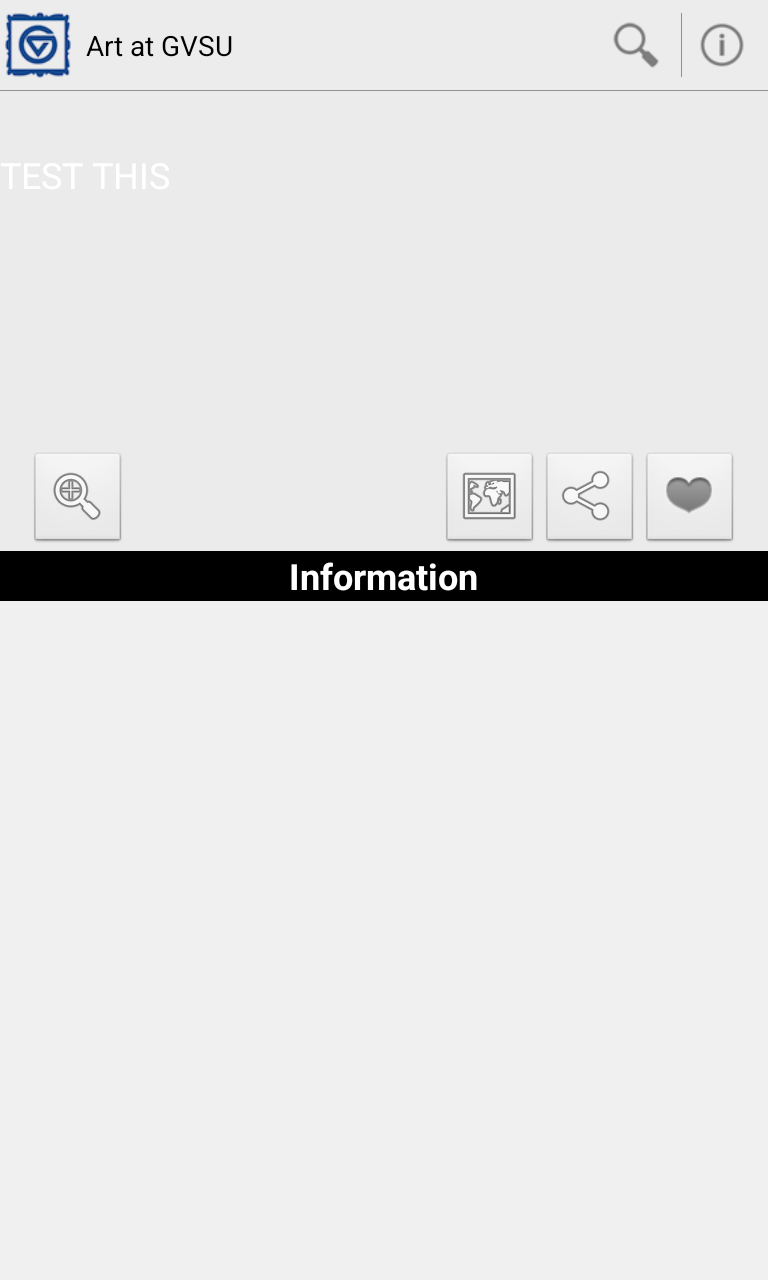
Repository: markminuth/Art-at-GVSU-Android-edition
Layout: version1.0/res/layout/artdetails.xml
The author's editor kept a copy of each file at every save. The layout is drawn from the files as they stood at one save, then again after the next save.
It is drawn on a 768 x 1280 px phone screen (xhdpi) without system bars, with theme android:Theme.NoTitleBar; the app's code is not run. Lists and similar views that code fills are empty.

Above is the layout before, as saved 2012-04-19 21:51:48.

### version1.0/res/layout/artdetails.xml
<?xml version="1.0" encoding="utf-8"?>
<LinearLayout xmlns:android="http://schemas.android.com/apk/res/android"
    android:layout_width="fill_parent"
    android:layout_height="fill_parent"
    android:background="#F0F0F0"
    android:orientation="vertical" >


    <RelativeLayout
        android:id="@+id/relativeLayout1"
        android:layout_width="match_parent"
        android:layout_height="45dp"
        android:background="#ECECEC" >

        <ImageButton
            android:id="@+id/aboutIcon"
            android:layout_width="wrap_content"
            android:layout_height="wrap_content"
            android:layout_alignParentRight="true"
            android:layout_centerVertical="true"
            android:layout_marginRight="7dp"
            android:background="#ECECEC"
            android:src="@drawable/about_icon" />

        <ImageButton
            android:id="@+id/searchIcon"
            android:layout_width="wrap_content"
            android:layout_height="wrap_content"
            android:layout_alignParentRight="true"
            android:layout_centerVertical="true"
            android:layout_marginRight="50dp"
            android:background="#ECECEC"
            android:src="@drawable/search" />

        <ImageView
            android:id="@+id/imageView2"
            android:layout_width="wrap_content"
            android:layout_height="wrap_content"
            android:layout_centerVertical="true"
            android:src="@drawable/app_icon_transparent" />

        <ImageView
            android:id="@+id/dividerimg"
            android:layout_width="wrap_content"
            android:layout_height="32dp"
            android:layout_alignParentRight="true"
            android:layout_centerVertical="true"
            android:layout_marginRight="43dp"
            android:src="@drawable/divider" />

        <TextView
            android:id="@+id/textView1"
            android:layout_width="wrap_content"
            android:layout_height="wrap_content"
            android:layout_centerVertical="true"
            android:layout_marginLeft="5dp"
            android:layout_toRightOf="@+id/imageView2"
            android:text="@string/titleText"
            android:textAppearance="?android:attr/textAppearanceMedium"
            android:textColor="#000000"
            android:textSize="14dp" />
    </RelativeLayout>

    <FrameLayout
        android:id="@+id/divider"
        android:layout_width="match_parent"
        android:layout_height="0.2dp"
        android:background="#909090" >
    </FrameLayout>


    <RelativeLayout
        android:id="@+id/relativeLayout1"
        android:layout_width="match_parent"
        android:layout_height="230dp" >

        <ImageView
            android:id="@+id/art_image"
            android:layout_width="fill_parent"
            android:layout_height="fill_parent"
            android:layout_x="0dp"
            android:layout_y="0dp"
            android:adjustViewBounds="true"
            android:gravity="center_vertical"
            android:scaleType="centerCrop"
            android:src="@drawable/image_area" />

        <TextView
            android:id="@+id/artPieceTitleBack"
            android:layout_width="wrap_content"
            android:layout_height="wrap_content"
            android:layout_alignParentLeft="true"
            android:layout_alignParentTop="true"
            android:layout_marginLeft="1dp"
            android:layout_marginTop="1dp"
            android:text=""
            android:textAppearance="?android:attr/textAppearanceLarge"
            android:textColor="#000000" />

        <TextView
            android:id="@+id/artPieceTitle"
            android:layout_width="wrap_content"
            android:layout_height="wrap_content"
            android:layout_alignParentLeft="true"
            android:layout_alignParentTop="true"
            android:text=""
            android:textAppearance="?android:attr/textAppearanceLarge"
            android:textColor="#ffffff" />



        <TextView
            android:id="@+id/artistNameBack"
            android:layout_width="wrap_content"
            android:layout_height="wrap_content"
            android:layout_alignParentLeft="true"
            android:layout_below="@+id/artPieceTitle"
            android:text="TEST THIS"
            android:textAppearance="?android:attr/textAppearanceMedium"
            android:textColor="#ffffff"
            android:shadowRadius="10dp"
            android:shadowColor="#000000"/>

        <ImageButton
            android:id="@+id/favorite"
            android:layout_width="50dp"
            android:layout_height="50dp"
            android:layout_alignParentBottom="true"
            android:layout_alignParentRight="true"
            android:layout_marginRight="14dp"
            android:src="@drawable/love" />

        <ImageButton
            android:id="@+id/shareButton"
            android:layout_width="50dp"
            android:layout_height="50dp"
            android:layout_alignParentBottom="true"
            android:layout_toLeftOf="@+id/favorite"
            android:src="@android:drawable/ic_menu_share" />

        <ImageButton
            android:id="@+id/zoomButton"
            android:layout_width="50dp"
            android:layout_height="50dp"
            android:layout_alignParentBottom="true"
            android:layout_alignParentLeft="true"
            android:layout_marginLeft="14dp"
            android:src="@android:drawable/ic_menu_zoom" />

        <ImageButton
            android:id="@+id/mapViewButton"
            android:layout_width="50dp"
            android:layout_height="50dp"
            android:layout_alignParentBottom="true"
            android:layout_toLeftOf="@+id/shareButton"
            android:src="@android:drawable/ic_menu_mapmode" />

    </RelativeLayout>

    <RelativeLayout
        android:layout_width="fill_parent"
        android:layout_height="25dp"
        android:layout_gravity="center_horizontal"
        android:background="#000000"
        android:gravity="center_vertical" >

        <TextView
            android:id="@+id/infoHeader"
            android:layout_width="wrap_content"
            android:layout_height="wrap_content"
            android:layout_centerHorizontal="true"
            android:layout_centerVertical="true"
            android:background="#000000"
            android:text="Information"
            android:textStyle="bold"
            android:textSize="18dp"
            android:textColor="#FFFFFF" />
    </RelativeLayout>

    <ListView
        android:id="@+id/artDetailList"
        android:layout_width="match_parent"
        android:layout_height="match_parent"
        android:background="#F0F0F0" >
    </ListView>

</LinearLayout>

### version1.0/res/values/strings.xml
<?xml version="1.0" encoding="utf-8"?>
<resources>

    <string name="hello">Hello World, MenuLayoutActivity!</string>
    <string name="app_name">Art at GVSU</string>
    <string name="titleText">Art at GVSU</string>
    <string name="aboutDetails">\"Art at GVSU\" is a collaborative project between the Grand Valley State University\'s Art Gallery, School
        of Computing and the open-source collection management project Collective Access.\n \nThe mission of the Grand Valley State University Art Gallery is to encourage appreciation and
        understanding of art and its role in society through direct engagement with original works of art. The Art Gallery acquires, preserves, interprets, exhibits, and otherwise makes accessible
        works of art for the benefit of a variety of audiences, in support of the interdisciplinary educational goals of the University and for the benefit of the community at large.</string>

</resources>

After the next save:
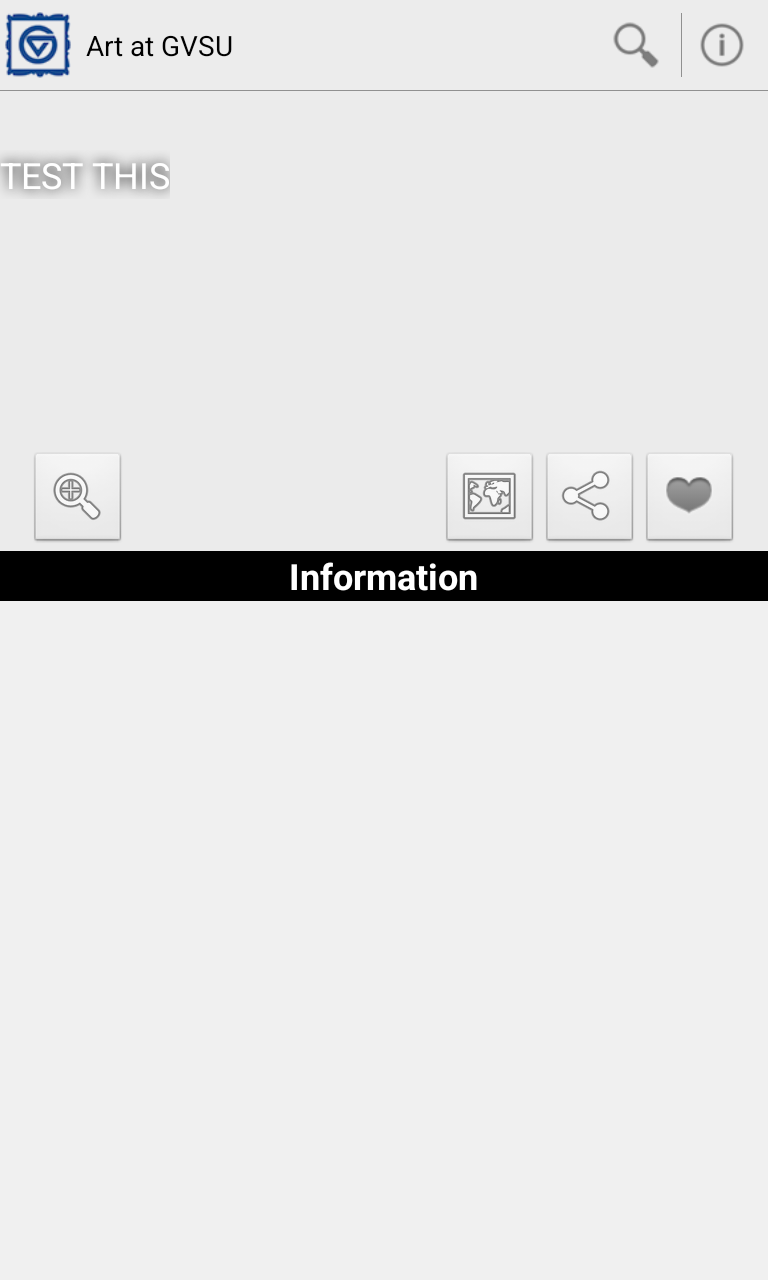
Saved 34 s later.
--- a/version1.0/res/layout/artdetails.xml
+++ b/version1.0/res/layout/artdetails.xml
@@ -118,7 +118,7 @@
             android:text="TEST THIS"
             android:textAppearance="?android:attr/textAppearanceMedium"
             android:textColor="#ffffff"
-            android:shadowRadius="10dp"
+            android:shadowRadius="10.0"
             android:shadowColor="#000000"/>
 
         <ImageButton

After the save that followed:
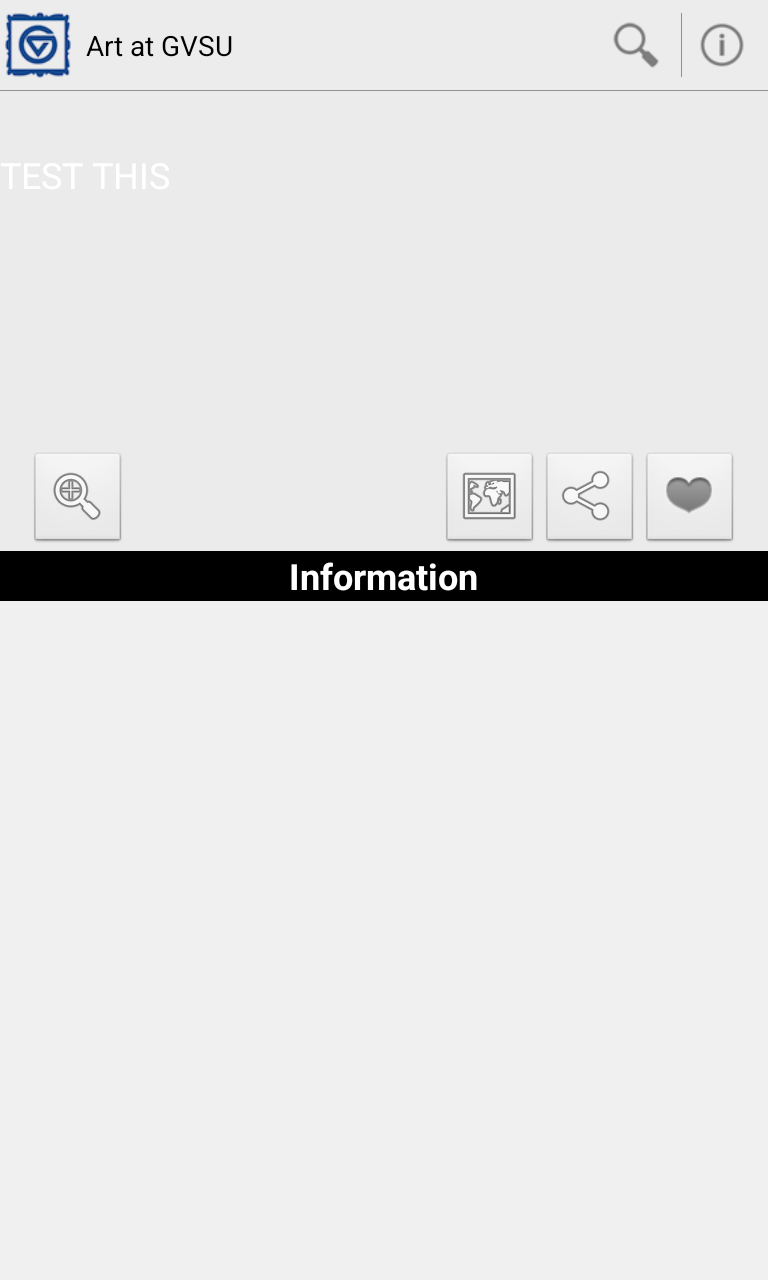
Saved 5 s later.
--- a/version1.0/res/layout/artdetails.xml
+++ b/version1.0/res/layout/artdetails.xml
@@ -118,7 +118,7 @@
             android:text="TEST THIS"
             android:textAppearance="?android:attr/textAppearanceMedium"
             android:textColor="#ffffff"
-            android:shadowRadius="10.0"
+            android:shadowRadius="10.0dp"
             android:shadowColor="#000000"/>
 
         <ImageButton
